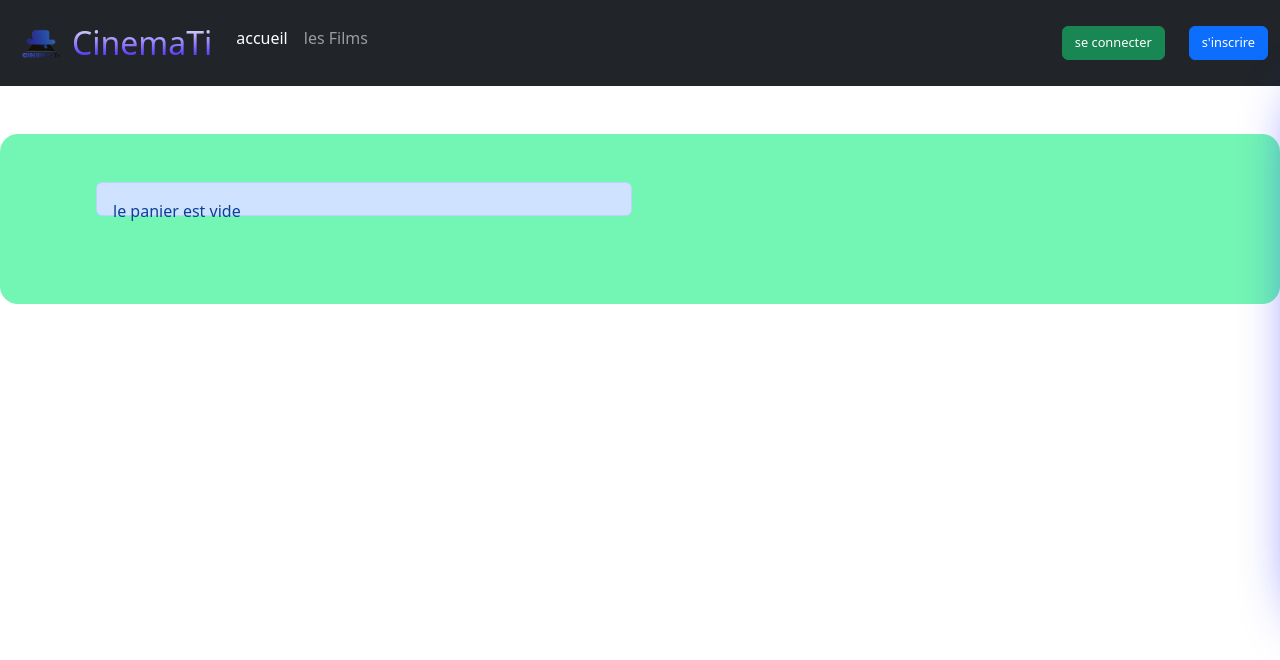
Repository: ahmed-rabah/cinemaMiniProject
Page: http://localhost/finaliserCommande.php
The author's editor kept a copy of each file at every save. The page is drawn from the files as they stood at one save, then again after the next save.
The browser window is 1280 px wide. The pictures show the whole page.
The page is run by PHP 8.4 with error messages shown; the project is at /var/www/html/.

Above is the page before, as saved 2023-01-12 12:33:15.
Console error: TypeError: Cannot read properties of null (reading 'addEventListener')

After the next save:
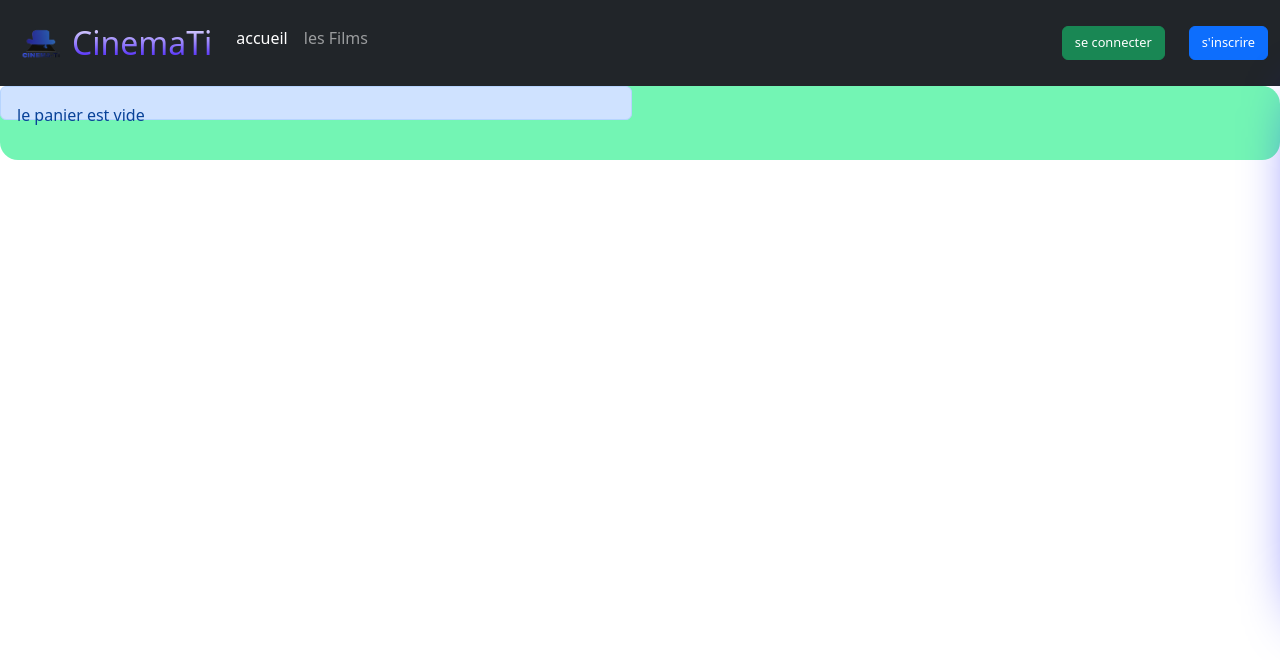
Saved 10 s later.
--- a/css/style.css
+++ b/css/style.css
@@ -116,13 +116,10 @@ html{
 }
 
 #cartContainer{
-    margin: 3em;
-    padding: 3em;
     display : grid;
     grid-template-columns: 1fr 1fr;
     gap: 1em;
-    background-color : rgb(115, 245, 180) ;
-    border-radius: 18px;
+
 
 }
 .container{
